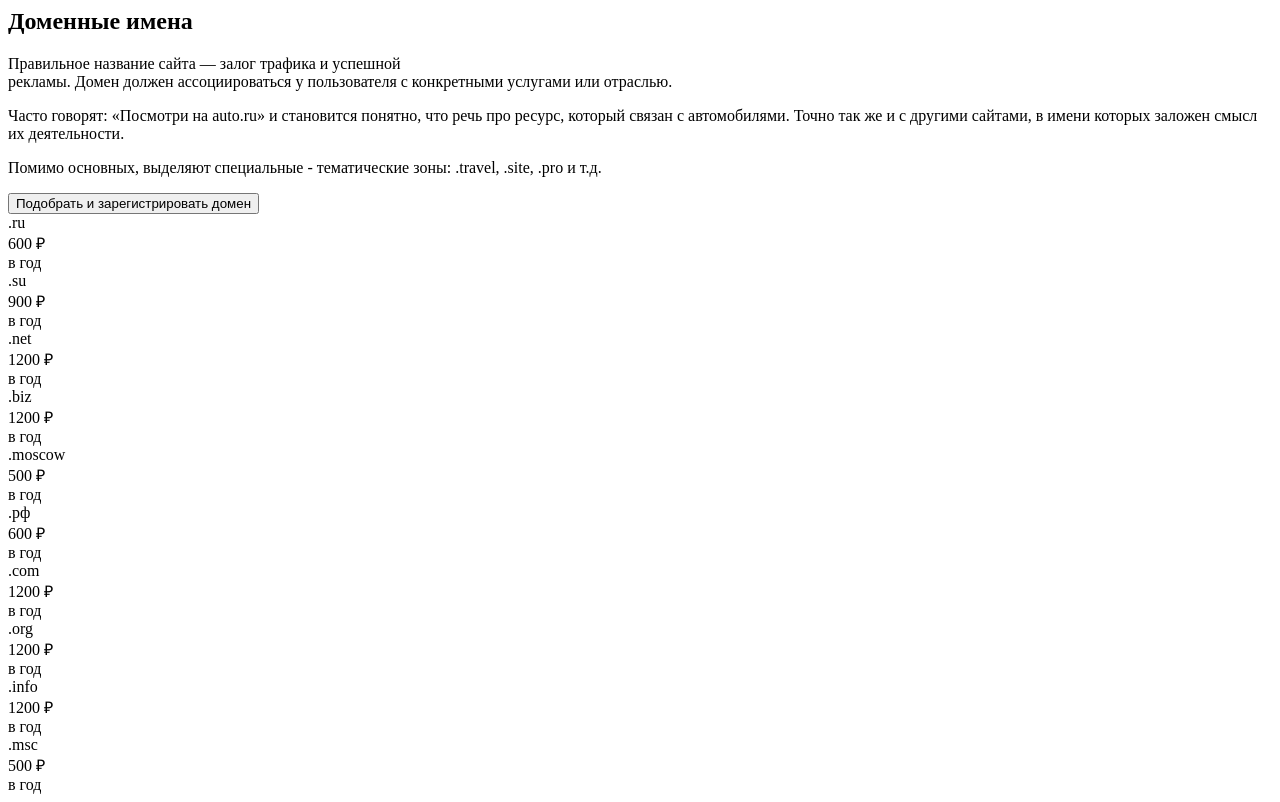
Repository: Inzhir2022/hosting
Page: src/_includes/_domains.html
An editor plug-in stored every save of this project. The page is shown before and after the next save, followed by the edit.
The browser window is 1280 px wide. The pictures show the whole page.

Above is the page before, as saved 2022-07-19 07:35:52.

After the next save:
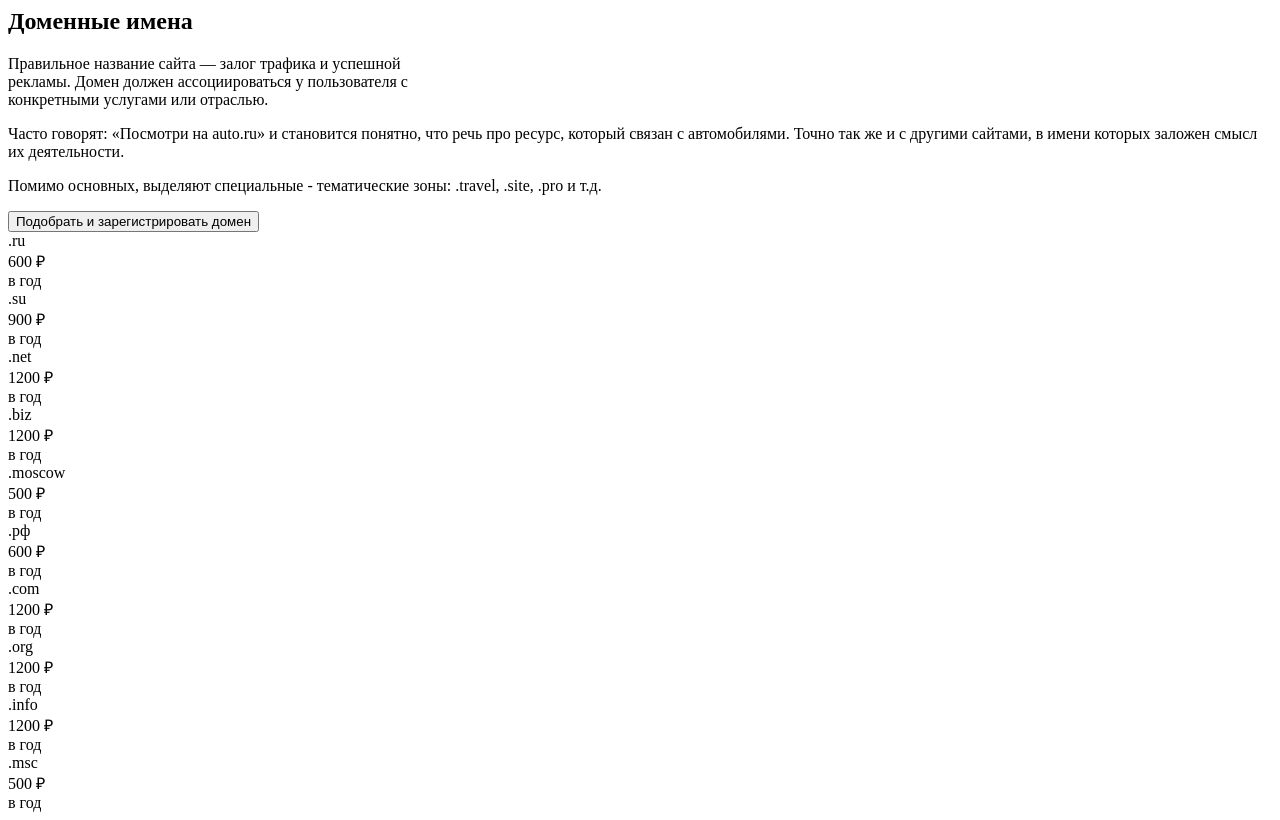
Saved 103 s later.
--- a/src/_includes/_domains.html
+++ b/src/_includes/_domains.html
@@ -2,7 +2,7 @@
   <div class="container">
     <h2 class="domains__title">Доменные имена</h2>
     <div class="domains__descr">
-      <p class="domains__descr_first">Правильное название сайта — залог трафика и успешной <br>рекламы. Домен должен ассоциироваться у пользователя с конкретными услугами или отраслью.</p>
+      <p class="domains__descr_first">Правильное название сайта — залог трафика и успешной <br>рекламы. Домен должен ассоциироваться у пользователя с <br> конкретными услугами или отраслью.</p>
       <p class="domains__descr_second">Часто говорят: «Посмотри на auto.ru» и становится понятно, что речь про ресурс, который связан с автомобилями. Точно так же и с другими сайтами, в имени которых заложен смысл их деятельности.</p>
       <p class="domains__descr_third">Помимо основных, выделяют специальные - тематические зоны: .travel, .site, .pro и т.д.</p>
     </div>
